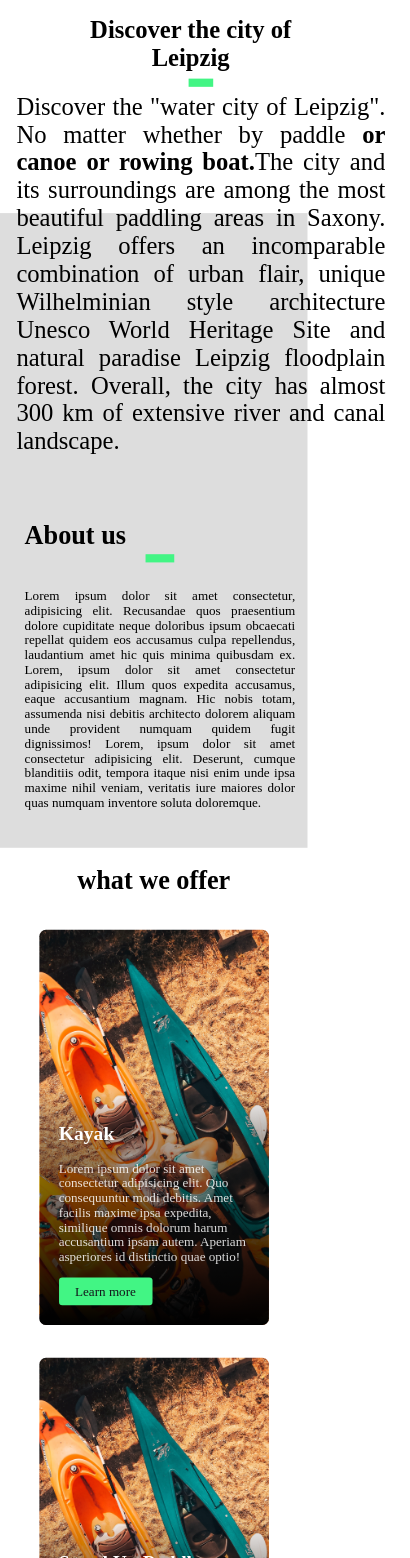
Repository: joseluis2289/Responsive-club-website
Page: index.html
The author's editor kept a copy of each file at every save. The page is drawn from the files as they stood at one save, then again after the next save.
The browser window is 375 px wide. The page is 500 px wide, so the pictures cover 500 px, including what lies to the right of the window. The pictures show the part of the page from y = 845 to 2745 px (the page is 4357 px tall), at 82% of full size.
Pictures or frames that could not be fetched are drawn as grey boxes.

Above is the page before, as saved 2021-08-24 13:19:41.

After the next save:
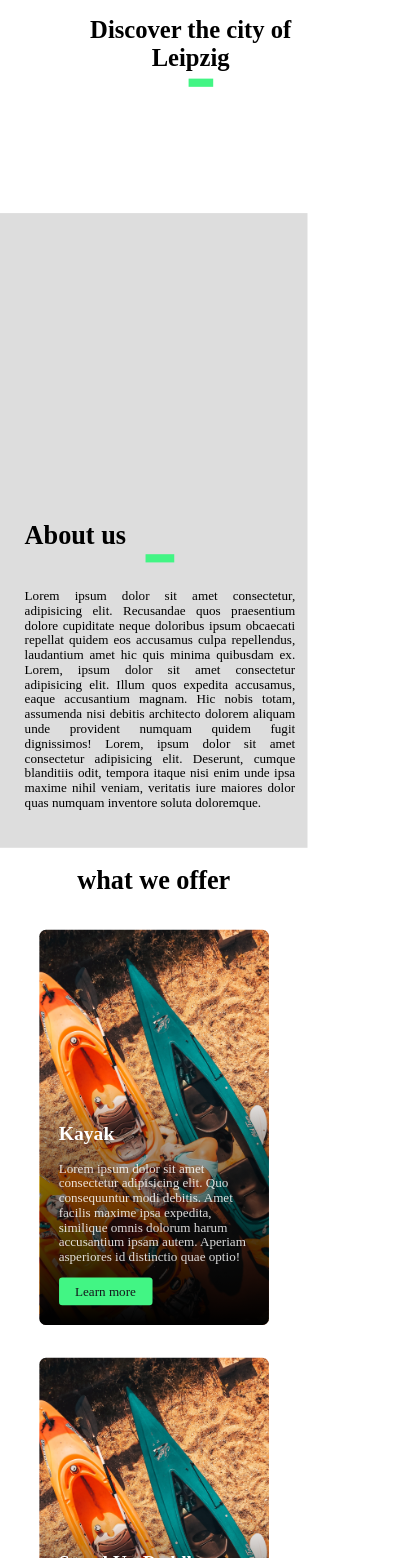
Saved 43 s later.
--- a/style.css
+++ b/style.css
@@ -397,7 +397,7 @@ input#submit{
         text-justify: inter-word;
         width: 450px;
         margin:0 auto 0 20px;
-        font-size: 30px;
+        font-size: 0px;
     }
     .grid-container-about{
         /* margin: 30px 0 0; */
